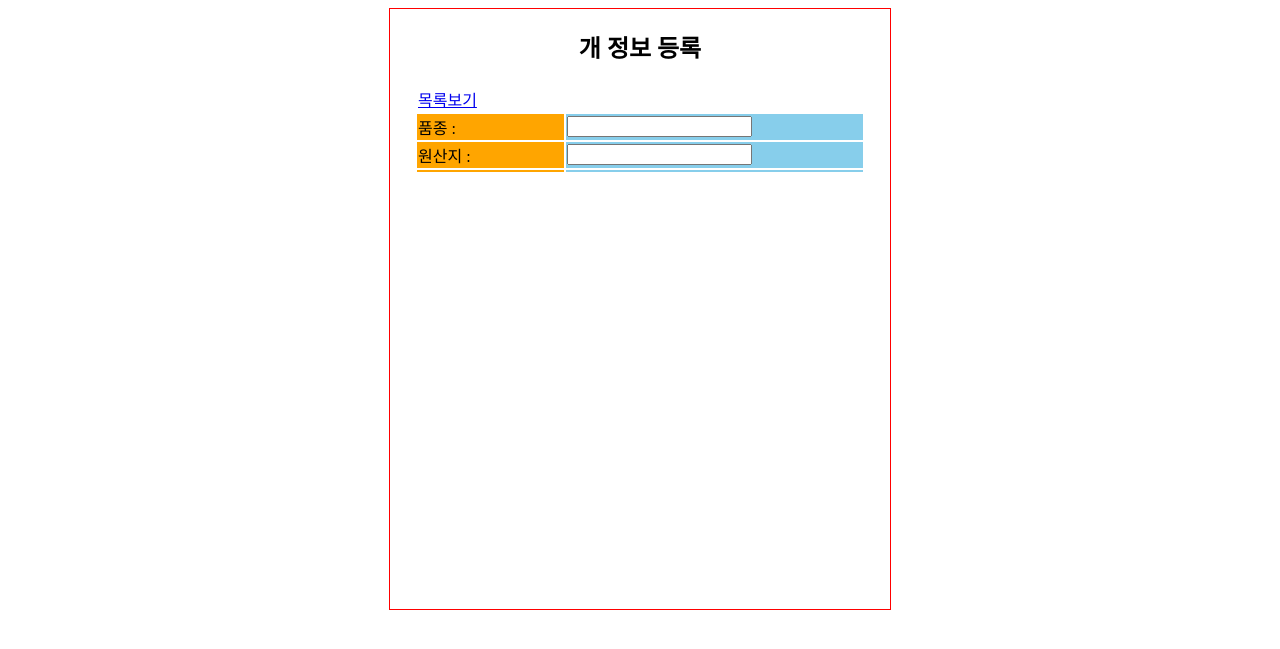
Repository: dbwls89876/Ru
Page: http://localhost/DogShopping/dogRegistForm.jsp
The author's editor kept a copy of each file at every save. The page is drawn from the files as they stood at one save, then again after the next save.
The browser window is 1280 px wide. The pictures show the whole page.
The page is served by Tomcat 9. Other server files are loaded and not shown.

Above is the page before, as saved 2021-02-26 00:39:15.

### java&jsp/Workspace/DogShopping/WebContent/dogRegistForm.jsp
<%@ page language="java" contentType="text/html; charset=UTF-8"
    pageEncoding="UTF-8"%>
<!DOCTYPE html>
<html>
<head>
<meta charset="UTF-8">
<title>Insert title here</title>
<style type="text/css">
	#registForm{
		width: 500px;
		height: 600px;
		border: 1px solid red;
		margin: auto;
	}
	h2{
		text-align: center;
	}
	table{
		margin: auto;
		width: 450px;
	}
	.td_left{
		width: 150px;
		background: orange;
	}
	.td_right{
		width: 300px;
		background: skyblue;
	}
	#commandCell{
		text-align: center;
	}
</style>
</head>
<body>
<section id = "registForm">
	<header>
		<h2>개 정보 등록</h2>
	</header>
	<form action="dogRegist.dog" method="post" name="writeForm" enctype="multipart/form-data">
		<table>
			<tr>
				<td colspan="2">
					<a href="dogList.dog">목록보기</a>
				</td>
			</tr>
			<tr>
				<td class="td_left">
					<label for="kind">품종 : </label>
				</td>
				<td class="td_right">
					<input type="text" name="kind" id="kind" required="required"/>
				</td>
			</tr>

			<tr>
				<td class="td_left">
					<label for="nation">원산지 : </label>
				</td>
				<td class="td_right">
					<input type="text" name="nation" id="nation"/>
				</td>
			</tr>

			<tr>
				<td class="td_left">
					<label for=""></label>
				</td>
				<td class="td_right">

				</td>
			</tr>
		</table>
	</form>
</section>
</body>
</html>

After the next save:
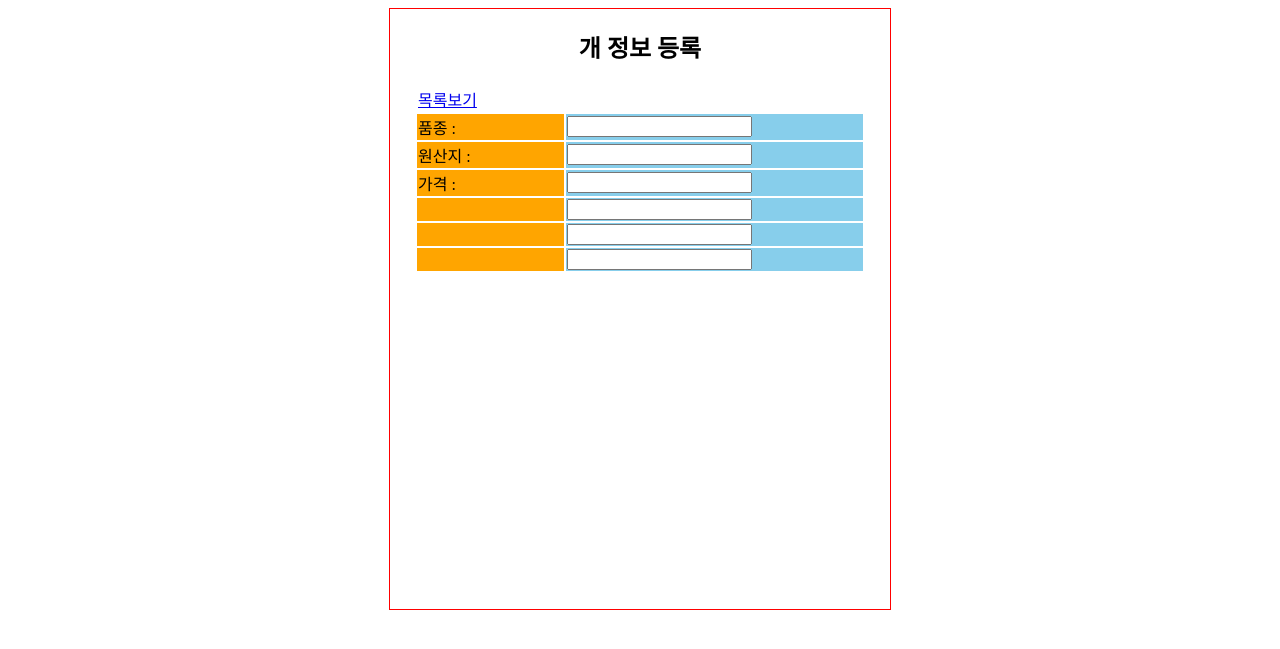
Saved 46 s later.
--- a/java&jsp/Workspace/DogShopping/WebContent/dogRegistForm.jsp
+++ b/java&jsp/Workspace/DogShopping/WebContent/dogRegistForm.jsp
@@ -64,10 +64,37 @@
 
 			<tr>
 				<td class="td_left">
+					<label for="price">가격 : </label>
+				</td>
+				<td class="td_right">
+					<input type="text" name="" id=""/>
+				</td>
+			</tr>
+
+			<tr>
+				<td class="td_left">
 					<label for=""></label>
 				</td>
 				<td class="td_right">
+					<input type="text" name="" id=""/>
+				</td>
+			</tr>
 
+			<tr>
+				<td class="td_left">
+					<label for=""></label>
+				</td>
+				<td class="td_right">
+					<input type="text" name="" id=""/>
+				</td>
+			</tr>
+
+			<tr>
+				<td class="td_left">
+					<label for=""></label>
+				</td>
+				<td class="td_right">
+					<input type="text" name="" id=""/>
 				</td>
 			</tr>
 		</table>
